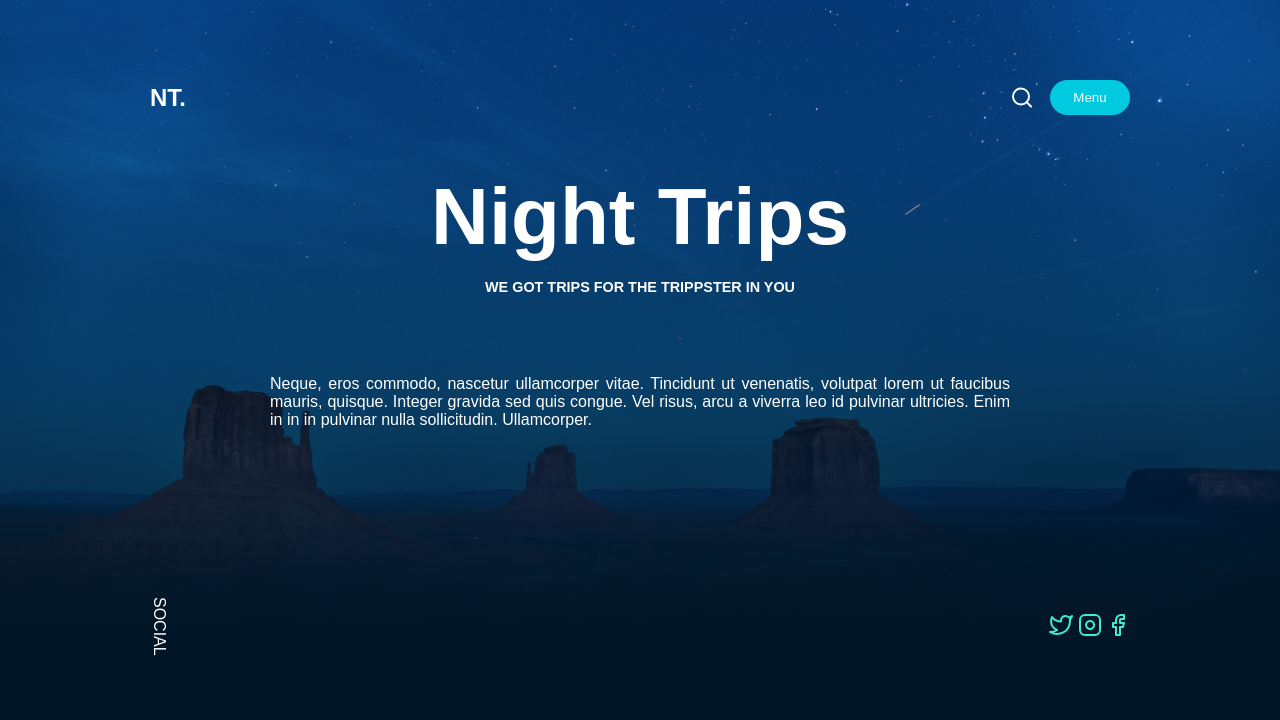
Repository: Silva-jr/night-trip
Page: index.html
An editor plug-in stored every save of this project. The page is shown before and after the next save, followed by the edit.
The browser window is 1280 px wide. The pictures show the whole page.
An inner scrolling area shows only its first screen.

Above is the page before, as saved 2021-07-21 00:23:54.

After the next save:
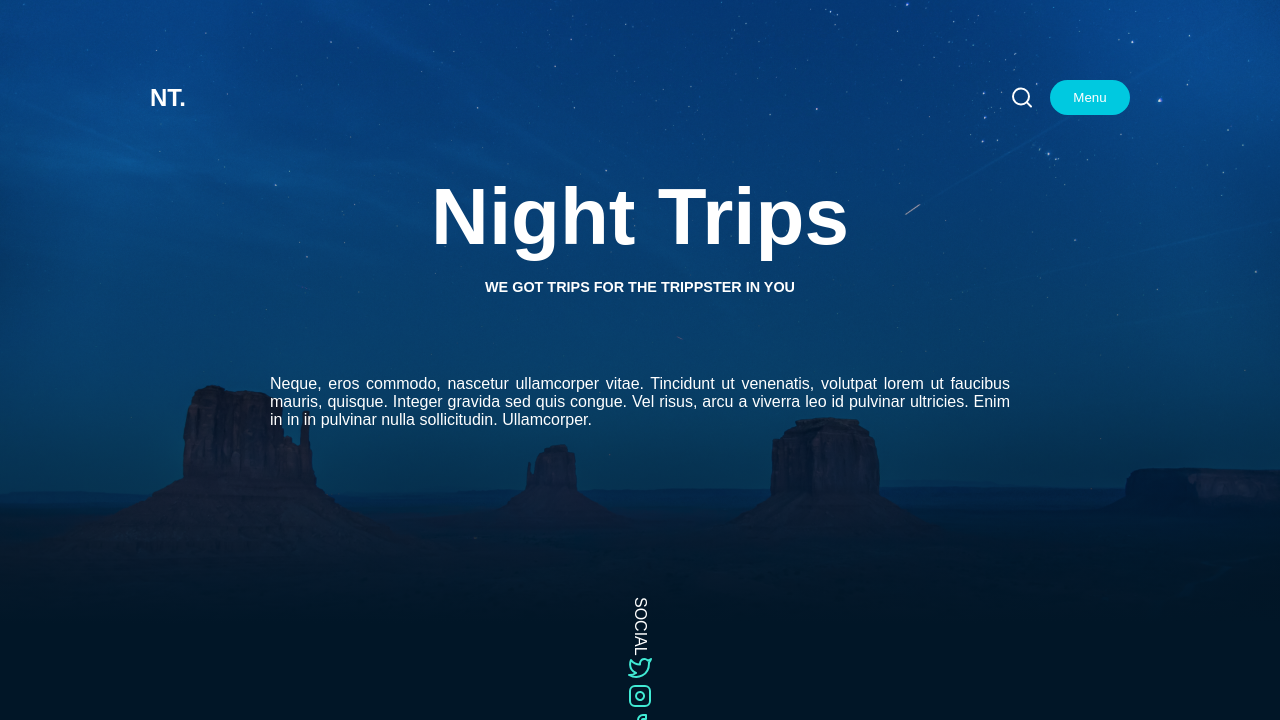
Saved 8 s later.
--- a/style/style.css
+++ b/style/style.css
@@ -126,7 +126,7 @@
     padding        : 3rem 0;
     color          : #fff;
     text-transform : uppercase;
-    writing-mode: ;
+    writing-mode: vertical-lr;
 }
 
 .social-items p{

After the save that followed:
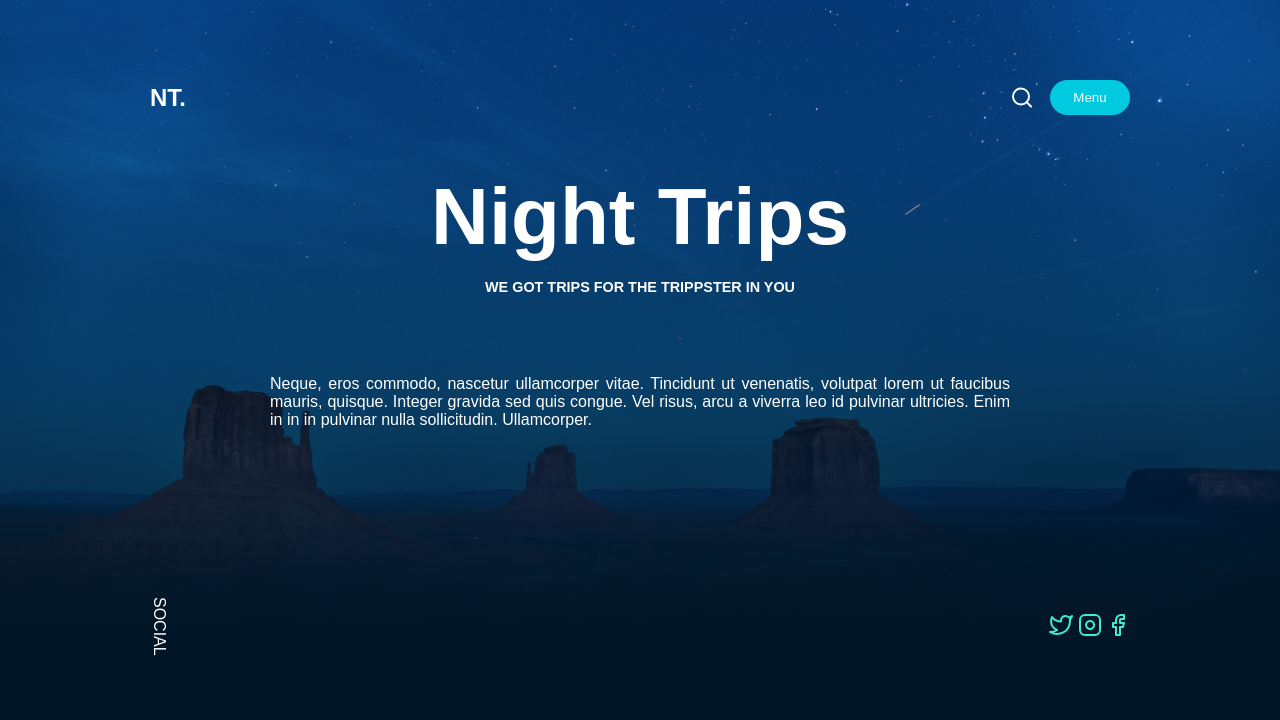
Saved 16 s later.
--- a/style/style.css
+++ b/style/style.css
@@ -126,7 +126,6 @@
     padding        : 3rem 0;
     color          : #fff;
     text-transform : uppercase;
-    writing-mode: vertical-lr;
 }
 
 .social-items p{
